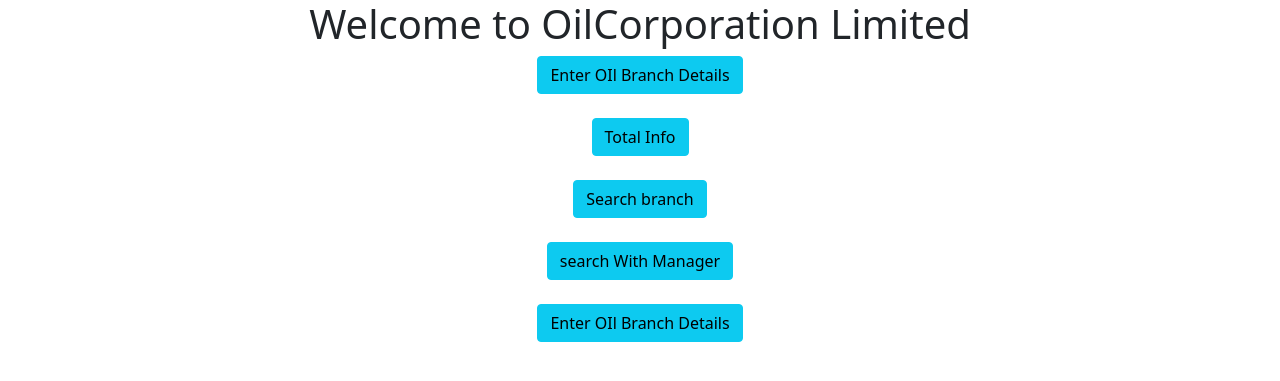
Repository: veerrajuMareddi/demo
Page: http://localhost/OilCorporation/views/index.jsp
These files come from the project's save history. The page is drawn as it stood at one moment and after the next save; the edit follows.
The browser window is 1280 px wide. The pictures show the whole page.
The page is served by Tomcat 9. Other server files are loaded and not shown.

Above is the page before, as saved 2022-05-04 04:27:06.

### OilCorporation/src/main/webapp/views/index.jsp
<%@ page language="java" contentType="text/html; charset=ISO-8859-1"
    pageEncoding="ISO-8859-1"%>
<!DOCTYPE html>
<html>
<head>
<link
	href="https://cdn.jsdelivr.net/npm/bootstrap@5.1.3/dist/css/bootstrap.min.css"
	rel="stylesheet"
	integrity="sha384-1BmE4kWBq78iYhFldvKuhfTAU6auU8tT94WrHftjDbrCEXSU1oBoqyl2QvZ6jIW3"
	crossorigin="anonymous">
<script
	src="https://cdn.jsdelivr.net/npm/bootstrap@5.1.3/dist/js/bootstrap.bundle.min.js"
	integrity="sha384-ka7Sk0Gln4gmtz2MlQnikT1wXgYsOg+OMhuP+IlRH9sENBO0LRn5q+8nbTov4+1p"
	crossorigin="anonymous"></script>
<meta charset="ISO-8859-1">
<title>Home</title>
</head>
<body>
<center>
<h1>Welcome to OilCorporation Limited</h1>
<a class="btn btn-info" href="/src/callsave">Enter OIl Branch Details</a>
<br>
<br>
<a class="btn btn-info" href="/src/get">Total Info</a>
<br>
<br>
<a class="btn btn-info" href="/src/parent">Search branch</a>
<br>
<br>
<a class="btn btn-info" href="/src/child">search With Manager</a>
<br>
<br>
<a class="btn btn-info" href="/src/callsave">Enter OIl Branch Details</a>


</center>
</body>
</html>

After the next save:
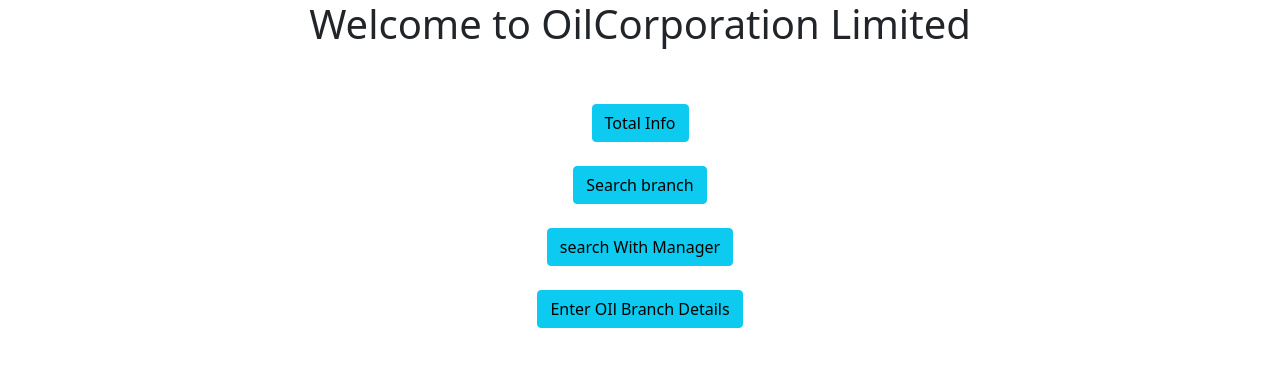
Saved 20 s later.
--- a/OilCorporation/src/main/webapp/views/index.jsp
+++ b/OilCorporation/src/main/webapp/views/index.jsp
@@ -18,7 +18,6 @@
 <body>
 <center>
 <h1>Welcome to OilCorporation Limited</h1>
-<a class="btn btn-info" href="/src/callsave">Enter OIl Branch Details</a>
 <br>
 <br>
 <a class="btn btn-info" href="/src/get">Total Info</a>
